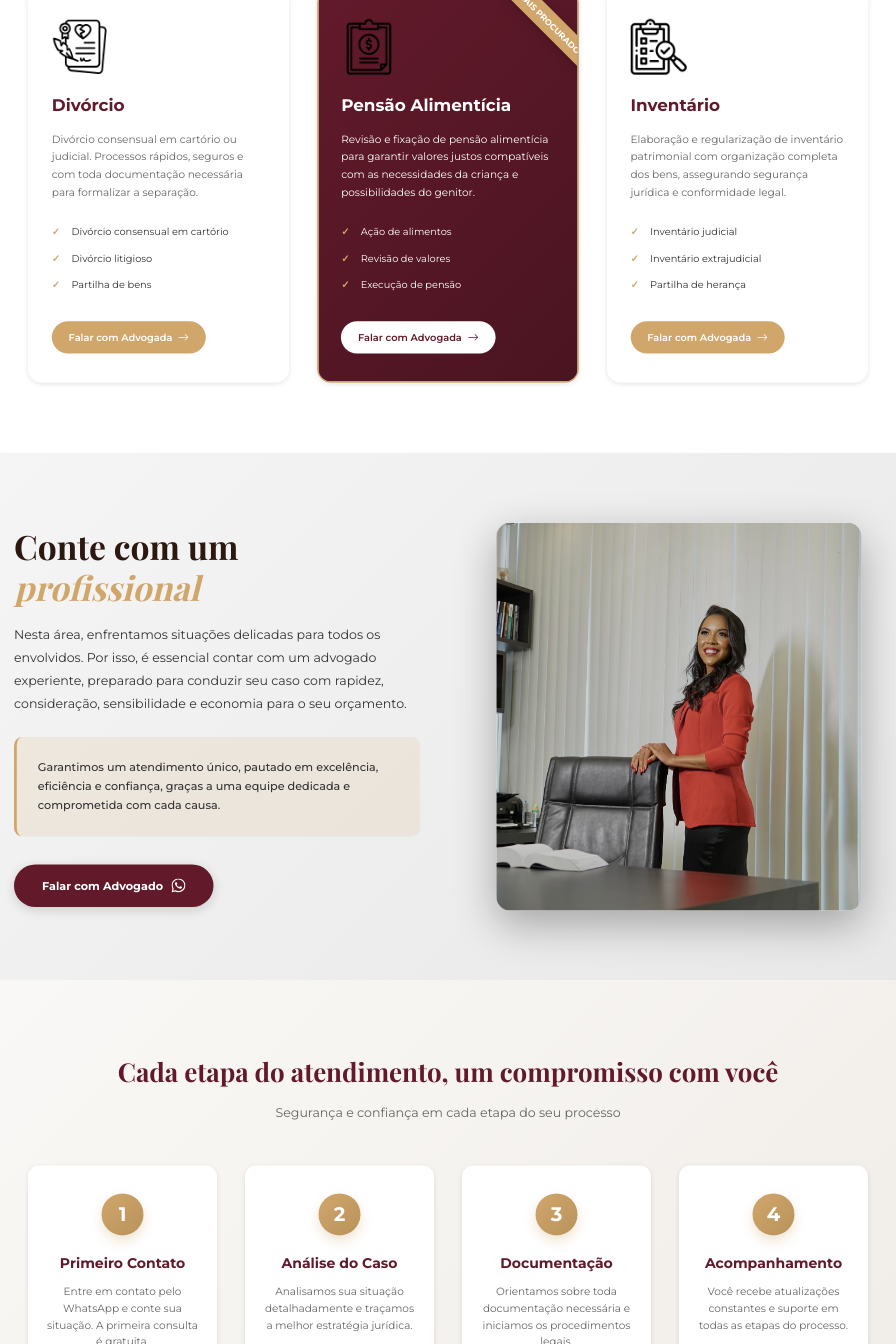
Repository: EmanuelVieiira/landing-page-advocacia
Page: index.html
An editor plug-in stored every save of this project. The page is shown before and after a run of saves, followed by the edit.
The browser window is 1280 px wide. The pictures show the part of the page from y = 1207 to 3127 px (the page is 4255 px tall), at 70% of full size.

Above is the page before, as saved 2026-02-06 22:01:58.

After the next 2 saves:
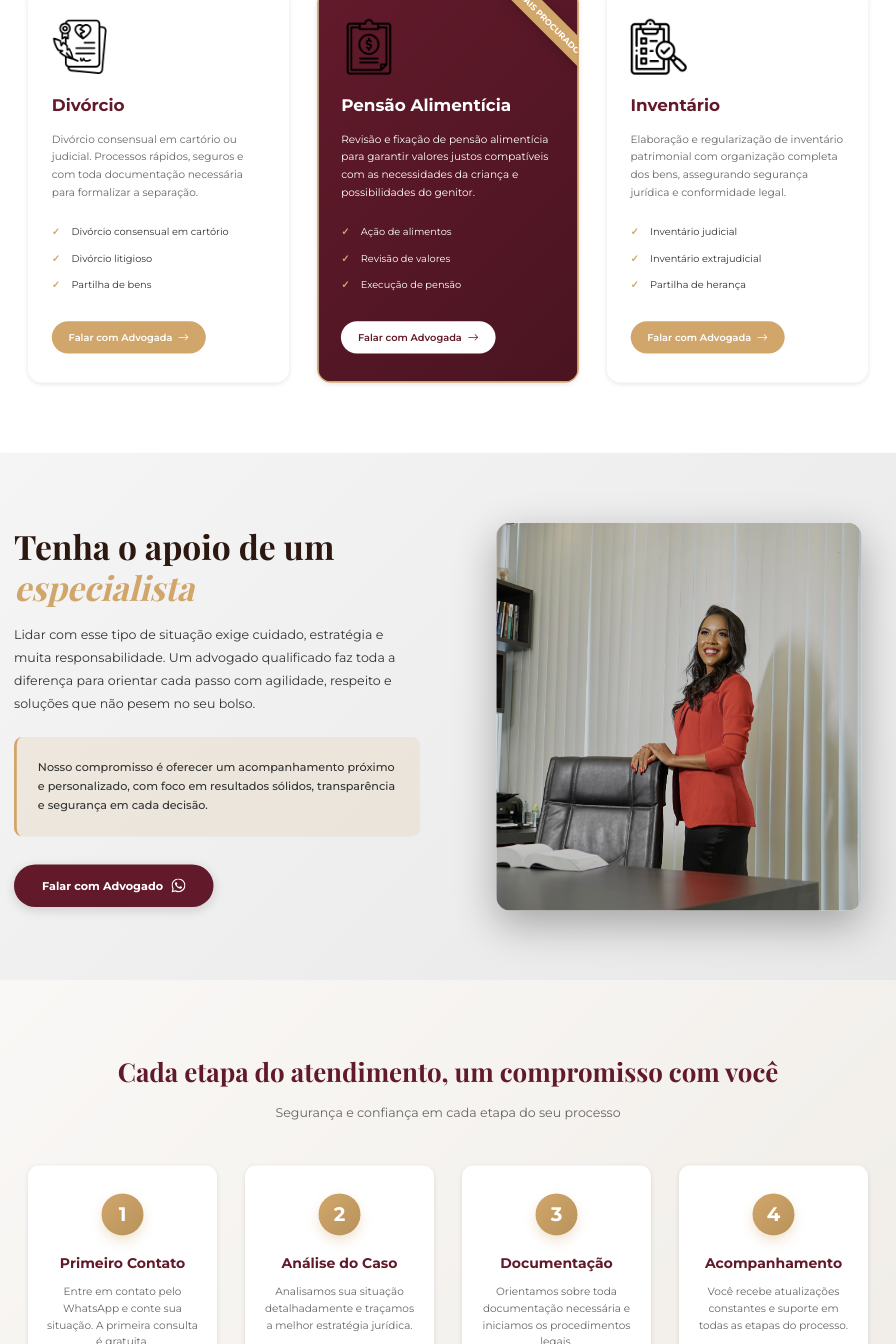
The 2 saves are shown as one change because they came seconds apart.
The last was saved 6 min 51 s later.
--- a/index.html
+++ b/index.html
@@ -183,15 +183,16 @@
             <div class="expert-container">
                 <div class="expert-content">
                     <div class="expert-text">
-                       <h2>Conte com um <span class="text-highlight">profissional</span></h2>
+                       <h2>Tenha o apoio de um <span class="text-highlight">especialista</span></h2>
 <p class="expert-description">
-    Nesta área, enfrentamos situações delicadas para todos os envolvidos. Por isso, é essencial contar com um advogado experiente, preparado para conduzir seu caso com rapidez, consideração, sensibilidade e economia para o seu orçamento.
+    Lidar com esse tipo de situação exige cuidado, estratégia e muita responsabilidade. Um advogado qualificado faz toda a diferença para orientar cada passo com agilidade, respeito e soluções que não pesem no seu bolso.
 </p>
 <div class="expert-quote">
     <p>
-        Garantimos um atendimento único, pautado em excelência, eficiência e confiança, graças a uma equipe dedicada e comprometida com cada causa.
+        Nosso compromisso é oferecer um acompanhamento próximo e personalizado, com foco em resultados sólidos, transparência e segurança em cada decisão.
     </p>
 </div>
+
                         <a href="https://wa.me/556392167327" target="_blank" class="btn-expert">
                             Falar com Advogado
                             <svg xmlns="http://www.w3.org/2000/svg" width="20" height="20" fill="currentColor" viewBox="0 0 16 16">
